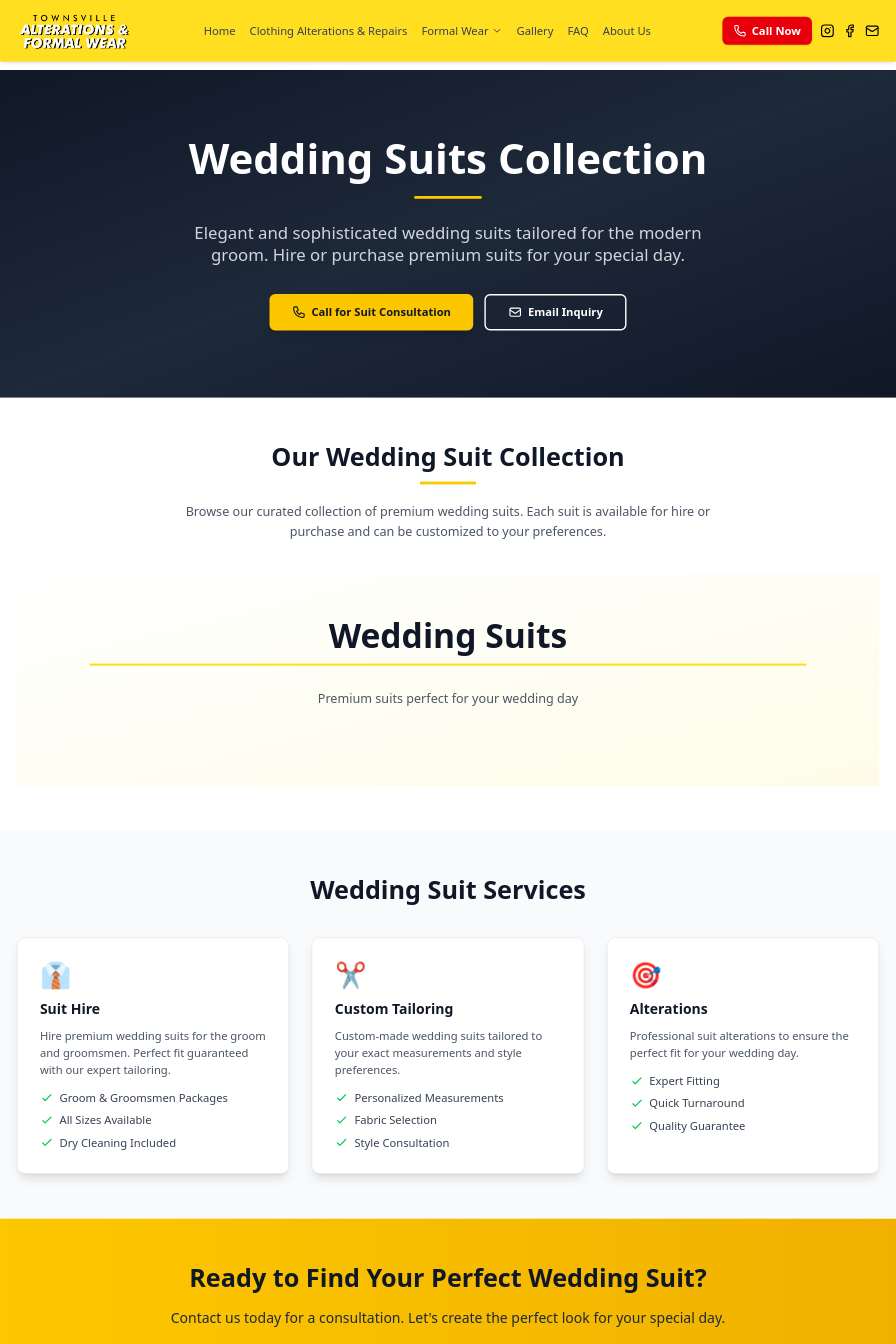
Repository: tarekhasan1/townsville-alteration
Page: /wedding-suits
An editor plug-in stored every save of this project. The page is shown before and after the next save, followed by the edit.
The browser window is 1280 px wide. The pictures show the part of the page from y = 0 to 1920 px (the page is 2603 px tall before and 2583 px after), at 70% of full size.
The page's requests for data from a server got no answer. The project was rebuilt for these pictures with package versions that can differ from the ones it lists, and the page was loaded fresh each time. The framework's server and built-in components were replaced by stand-ins that run in the browser. No one was signed in, and anything a server would have sent is missing. Also part of the build but not shown: next.config.ts.

Above is the page before, as saved 2026-01-21 06:02:44.

### src/app/layout.tsx
// app/layout.tsx
import type { Metadata } from "next";
import { Geist, Geist_Mono } from "next/font/google";
import "./globals.css";
import Navbar from "@/components/Navbar";
import ContactSection from "@/components/ContactSection";
import DevelopedBy from "@/components/DevelopedBy";
import { headers } from "next/headers";
import LayoutShell from "@/components/LayoutShell";

const geistSans = Geist({
  variable: "--font-geist-sans",
  subsets: ["latin"],
});

const geistMono = Geist_Mono({
  variable: "--font-geist-mono",
  subsets: ["latin"],
});

export const metadata: Metadata = {
  title: "Townsville Alterations and Formal Wear | Tailoring, Suit Hire, Alterations",
  description: "Townsville Alterations and Formal Wear - Reinvent Your Wardrobe. Hire or tailor-make outfits that turn heads. Expert suit hire, bridal alterations, and tailoring in Townsville.",
  keywords: "Townsville Tailoring, Formal Wear Townsville, Suit Hire, Alterations, Wedding Dress Alterations, Custom Tailoring",
  authors: [{ name: "Townsville Alterations & Formal Wear" }],
  creator: "Townsville Alterations & Formal Wear",
  publisher: "Townsville Alterations & Formal Wear",
  robots: "index, follow",
  icons: "/logo.png",
};

export default function RootLayout({ children }: { children: React.ReactNode }) {
  return (
    <html lang="en">
      <body>
        <LayoutShell>{children}</LayoutShell>
      </body>
    </html>
  );
}

### src/app/wedding-suits/page.tsx
// app/wedding-suits/page.tsx
import { Metadata } from 'next';
import ImageGallery from '@/components/ImageGallery';

export const metadata: Metadata = {
  title: 'Wedding Suits Collection | Townsville Alterations & Formal Wear',
  description: 'Browse our premium wedding suit collection for hire and purchase in Townsville. Perfectly tailored suits for grooms, groomsmen, and wedding parties.',
  keywords: ['wedding suits', 'groom suits', 'groomsmen suits', 'wedding attire', 'formal suits Townsville', 'wedding suit hire', 'custom wedding suits'],
  openGraph: {
    title: 'Wedding Suits Collection | Townsville Alterations & Formal Wear',
    description: 'Premium wedding suits for hire and purchase. Perfectly tailored for your special day.',
    type: 'website',
    locale: 'en_AU',
  },
  alternates: {
    canonical: 'https://townsvillealterationsformalwear.com/wedding-suits',
  },
  robots: {
    index: true,
    follow: true,
    googleBot: {
      index: true,
      follow: true,
      'max-video-preview': -1,
      'max-image-preview': 'large',
      'max-snippet': -1,
    },
  },
};

export default function WeddingSuitsPage() {
  return (
    <main className='pt-[100px]'>
      {/* Hero Section */}
      <section className="relative bg-gradient-to-br from-gray-900 via-gray-800 to-gray-900 text-white py-16 md:py-24 px-6">
        <div className="max-w-7xl mx-auto text-center">
          <h1 className="text-4xl md:text-5xl lg:text-6xl font-bold mb-6">
            Wedding Suits Collection
          </h1>
          <div className="w-24 h-1 bg-yellow-400 mx-auto mb-8"></div>
          <p className="text-xl md:text-2xl text-gray-300 max-w-3xl mx-auto mb-10">
            Elegant and sophisticated wedding suits tailored for the modern groom.
            Hire or purchase premium suits for your special day.
          </p>
          <div className="flex flex-col sm:flex-row gap-4 justify-center">
            <a
              href="tel:0421929683"
              className="inline-flex items-center justify-center bg-yellow-400 text-gray-900 hover:bg-yellow-500 font-bold py-3 px-8 rounded-lg transition-all duration-300 shadow-lg hover:shadow-xl transform hover:-translate-y-1"
            >
              <svg className="w-5 h-5 mr-2" fill="none" stroke="currentColor" viewBox="0 0 24 24">
                <path strokeLinecap="round" strokeLinejoin="round" strokeWidth="2" d="M3 5a2 2 0 012-2h3.28a1 1 0 01.948.684l1.498 4.493a1 1 0 01-.502 1.21l-2.257 1.13a11.042 11.042 0 005.516 5.516l1.13-2.257a1 1 0 011.21-.502l4.493 1.498a1 1 0 01.684.949V19a2 2 0 01-2 2h-1C9.716 21 3 14.284 3 6V5z" />
              </svg>
              Call for Suit Consultation
            </a>
            <a
              href="mailto:tranglecong2014@gmail.com?subject=Wedding Suit Inquiry"
              className="inline-flex items-center justify-center bg-transparent border-2 border-white text-white hover:bg-white hover:text-gray-900 font-bold py-3 px-8 rounded-lg transition-all duration-300"
            >
              <svg className="w-5 h-5 mr-2" fill="none" stroke="currentColor" viewBox="0 0 24 24">
                <path strokeLinecap="round" strokeLinejoin="round" strokeWidth="2" d="M3 8l7.89 5.26a2 2 0 002.22 0L21 8M5 19h14a2 2 0 002-2V7a2 2 0 00-2-2H5a2 2 0 00-2 2v10a2 2 0 002 2z" />
              </svg>
              Email Inquiry
            </a>
          </div>
        </div>
      </section>

      {/* Gallery Section */}
      <section className="py-16 px-6">
        <div className="max-w-7xl mx-auto">
          <div className="text-center mb-12">
            <h2 className="text-3xl md:text-4xl font-bold text-gray-900 mb-4">
              Our Wedding Suit Collection
            </h2>
            <div className="w-20 h-1 bg-yellow-400 mx-auto mb-6"></div>
            <p className="text-lg text-gray-600 max-w-3xl mx-auto">
              Browse our curated collection of premium wedding suits. Each suit is available for hire
              or purchase and can be customized to your preferences.
            </p>
          </div>

          <ImageGallery
            collection="suits"
            title="Wedding Suits"
            description="Premium suits perfect for your wedding day"
            itemsPerPage={9}
            showContactButton={true}
            contactEmail="tranglecong2014@gmail.com"
            contactSubject="Wedding Suit Inquiry"
            buttonText="Inquire About This Suit"
            showCallButton={true}
            phoneNumber="0421929683"
            callButtonText="Call About This Suit"
          />
        </div>
      </section>

      {/* Services Section */}
      <section className="bg-gray-50 py-16 px-6">
        <div className="max-w-7xl mx-auto">
          <h2 className="text-3xl md:text-4xl font-bold text-center text-gray-900 mb-12">
            Wedding Suit Services
          </h2>

          <div className="grid grid-cols-1 md:grid-cols-3 gap-8">
            <div className="bg-white p-8 rounded-xl shadow-lg border border-gray-200">
              <div className="text-yellow-500 text-4xl mb-4">👔</div>
              <h3 className="text-xl font-bold text-gray-900 mb-3">Suit Hire</h3>
              <p className="text-gray-600">
                Hire premium wedding suits for the groom and groomsmen. Perfect fit guaranteed with our expert tailoring.
              </p>
              <ul className="mt-4 space-y-2">
                <li className="flex items-center text-gray-700">
                  <svg className="w-5 h-5 text-green-500 mr-2" fill="none" stroke="currentColor" viewBox="0 0 24 24">
                    <path strokeLinecap="round" strokeLinejoin="round" strokeWidth="2" d="M5 13l4 4L19 7" />
                  </svg>
                  Groom & Groomsmen Packages
                </li>
                <li className="flex items-center text-gray-700">
                  <svg className="w-5 h-5 text-green-500 mr-2" fill="none" stroke="currentColor" viewBox="0 0 24 24">
                    <path strokeLinecap="round" strokeLinejoin="round" strokeWidth="2" d="M5 13l4 4L19 7" />
                  </svg>
                  All Sizes Available
                </li>
                <li className="flex items-center text-gray-700">
                  <svg className="w-5 h-5 text-green-500 mr-2" fill="none" stroke="currentColor" viewBox="0 0 24 24">
                    <path strokeLinecap="round" strokeLinejoin="round" strokeWidth="2" d="M5 13l4 4L19 7" />
                  </svg>
                  Dry Cleaning Included
                </li>
              </ul>
            </div>

            <div className="bg-white p-8 rounded-xl shadow-lg border border-gray-200">
              <div className="text-yellow-500 text-4xl mb-4">✂️</div>
              <h3 className="text-xl font-bold text-gray-900 mb-3">Custom Tailoring</h3>
              <p className="text-gray-600">
                Custom-made wedding suits tailored to your exact measurements and style preferences.
              </p>
              <ul className="mt-4 space-y-2">
                <li className="flex items-center text-gray-700">
                  <svg className="w-5 h-5 text-green-500 mr-2" fill="none" stroke="currentColor" viewBox="0 0 24 24">
                    <path strokeLinecap="round" strokeLinejoin="round" strokeWidth="2" d="M5 13l4 4L19 7" />
                  </svg>
                  Personalized Measurements
                </li>
                <li className="flex items-center text-gray-700">
                  <svg className="w-5 h-5 text-green-500 mr-2" fill="none" stroke="currentColor" viewBox="0 0 24 24">
                    <path strokeLinecap="round" strokeLinejoin="round" strokeWidth="2" d="M5 13l4 4L19 7" />
                  </svg>
                  Fabric Selection
                </li>
                <li className="flex items-center text-gray-700">
                  <svg className="w-5 h-5 text-green-500 mr-2" fill="none" stroke="currentColor" viewBox="0 0 24 24">
                    <path strokeLinecap="round" strokeLinejoin="round" strokeWidth="2" d="M5 13l4 4L19 7" />
                  </svg>
                  Style Consultation
                </li>
              </ul>
            </div>

            <div className="bg-white p-8 rounded-xl shadow-lg border border-gray-200">
              <div className="text-yellow-500 text-4xl mb-4">🎯</div>
              <h3 className="text-xl font-bold text-gray-900 mb-3">Alterations</h3>
              <p className="text-gray-600">
                Professional suit alterations to ensure the perfect fit for your wedding day.
              </p>
              <ul className="mt-4 space-y-2">
                <li className="flex items-center text-gray-700">
                  <svg className="w-5 h-5 text-green-500 mr-2" fill="none" stroke="currentColor" viewBox="0 0 24 24">
                    <path strokeLinecap="round" strokeLinejoin="round" strokeWidth="2" d="M5 13l4 4L19 7" />
                  </svg>
                  Expert Fitting
                </li>
                <li className="flex items-center text-gray-700">
                  <svg className="w-5 h-5 text-green-500 mr-2" fill="none" stroke="currentColor" viewBox="0 0 24 24">
                    <path strokeLinecap="round" strokeLinejoin="round" strokeWidth="2" d="M5 13l4 4L19 7" />
                  </svg>
                  Quick Turnaround
                </li>
                <li className="flex items-center text-gray-700">
                  <svg className="w-5 h-5 text-green-500 mr-2" fill="none" stroke="currentColor" viewBox="0 0 24 24">
                    <path strokeLinecap="round" strokeLinejoin="round" strokeWidth="2" d="M5 13l4 4L19 7" />
                  </svg>
                  Quality Guarantee
                </li>
              </ul>
            </div>
          </div>
        </div>
      </section>

      {/* CTA Section */}
      <section className="bg-gradient-to-r from-yellow-400 to-yellow-500 py-16 px-6">
        <div className="max-w-4xl mx-auto text-center">
          <h2 className="text-3xl md:text-4xl font-bold text-gray-900 mb-6">
            Ready to Find Your Perfect Wedding Suit?
          </h2>
          <p className="text-lg md:text-xl text-gray-800 mb-8">
            Contact us today for a consultation. Let&apos;s create the perfect look for your special day.
          </p>
          <div className="flex flex-col sm:flex-row gap-4 justify-center">
            <a
              href="tel:0421929683"
              className="inline-flex items-center justify-center bg-gray-900 text-white hover:bg-gray-800 font-bold py-3 px-8 rounded-lg transition-all duration-300 shadow-lg hover:shadow-xl"
            >
              <svg className="w-5 h-5 mr-2" fill="none" stroke="currentColor" viewBox="0 0 24 24">
                <path strokeLinecap="round" strokeLinejoin="round" strokeWidth="2" d="M3 5a2 2 0 012-2h3.28a1 1 0 01.948.684l1.498 4.493a1 1 0 01-.502 1.21l-2.257 1.13a11.042 11.042 0 005.516 5.516l1.13-2.257a1 1 0 011.21-.502l4.493 1.498a1 1 0 01.684.949V19a2 2 0 01-2 2h-1C9.716 21 3 14.284 3 6V5z" />
              </svg>
              Call 0421 929 683
            </a>
            <a
              href="/contact"
              className="inline-flex items-center justify-center bg-white text-gray-900 hover:bg-gray-100 font-bold py-3 px-8 rounded-lg transition-all duration-300 shadow-lg hover:shadow-xl border border-gray-300"
            >
              Book a Consultation
            </a>
          </div>
        </div>
      </section>
    </main>
  );
}

### src/app/globals.css
@import "tailwindcss";

:root {
  --background: #ffffff;
  --foreground: #171717;
}

### src/components/LayoutShell.tsx
// components/LayoutShell.tsx
'use client';

import { usePathname } from 'next/navigation';
import Navbar from '@/components/Navbar';
import ContactSection from '@/components/ContactSection';
import DevelopedBy from '@/components/DevelopedBy';

export default function LayoutShell({ children }: { children: React.ReactNode }) {
  const pathname = usePathname();
  const isAdminRoute = pathname.startsWith('/admin');

  return (
    <>
      {!isAdminRoute && <Navbar />}
      {children}
      {!isAdminRoute && (
        <>
          <ContactSection />
          <DevelopedBy />
        </>
      )}
    </>
  );
}

### src/components/ContactSection.tsx
'use client';

import Image from 'next/image';
import { Facebook, Instagram } from 'lucide-react';

export default function ContactSection() {
  return (
    <footer
      id="contact"
      aria-labelledby="contact-us"
      className="bg-[#f2f2e5] p-8 md:p-12 lg:p-16"
    >
      <div className="mx-auto grid grid-cols-1 md:grid-cols-2 gap-8 items-center">
        <div className="w-full h-auto relative">
          <Image
            src="/tailored-suit.jpg"
            alt="Tailored suits on hangers"
            width={600}
            height={400}
            className="rounded-lg"
            priority
          />
        </div>
        <div className="space-y-6 text-center md:text-left">
          <h2
            id="contact-us"
            className="text-4xl md:text-5xl font-bold text-gray-900 mb-4"
          >
            We&apos;d love to work with you. Call us now.
          </h2>
          <hr className="border-yellow-300 border-[2px]" />
          <div className="space-y-4 text-gray-700">
            <div>
              <h3 className="font-semibold">ADDRESS</h3>
              <p>611 Flinders Street, Townsville</p>
            </div>
            <div>
              <h3 className="font-semibold">PHONE</h3>
              <p>04 219 29683</p>
            </div>
            <div>
              <h3 className="font-semibold">EMAIL</h3>
              <p>
                <a
                  href="mailto:tranglecong2014@gmail.com"
                  className="hover:text-gray-600"
                  aria-label="Email us at sales@tsvalterationsandformalwear.com"
                >
                  tranglecong2014@gmail.com
                </a>
              </p>
            </div>
            <div>
              <h3 className="font-semibold">SOCIAL</h3>
              <div className="flex justify-center md:justify-start space-x-4 text-xl">
                <a
                  target="_blank"
                  href="https://www.facebook.com/DressmakingAlterationsTownsville"
                  aria-label="Facebook - Townsville Alterations and Formal Wear"
                  className="text-gray-800 hover:text-gray-600"
                >
                  <Facebook size={24} />
                </a>
                <a
                  target="_blank"
                  href="https://www.instagram.com/tsvalterationformal?igsh=bXJkaXp3eXN4Yml2"
                  aria-label="Instagram - Townsville Alterations and Formal Wear"
                  className="text-gray-800 hover:text-gray-600"
                >
                  <Instagram size={24} />
                </a>
              </div>
            </div>
          </div>
        </div>
      </div>
    </footer>
  );
}

### src/components/DevelopedBy.tsx
// components/DevelopedBy.js

import React from 'react';

const DevelopedBy = () => {
  return (
    <footer className="bg-gray-900 text-white text-center py-4">
      <p className="text-sm">
        Developed by{' '}
        <a
          href="https://digitalcowboy.com.au"
          className="text-yellow-400 hover:underline"
          target="_blank"
          rel="noopener noreferrer"
        >
          DigitalCowboy
        </a>
      </p>
    </footer>
  );
};

export default DevelopedBy;

### actions/client.action.ts
// lib/client.actions.ts
'use client';

import { collection, getDocs } from "firebase/firestore";
import { db } from "@/firebase/config";

export type CollectionType = 'gallery' | 'featured' | 'suits' | 'wedding-gowns';

export interface ImageData {
  id: string;
  url: string;
  fileName?: string;
  fileSize?: number;
  uploadedAt?: Date;
}

// Fetch images from a specific collection
export const fetchCollectionImages = async (collectionName: CollectionType): Promise<ImageData[]> => {
  try {
    const snapshot = await getDocs(collection(db, collectionName));
    const images = snapshot.docs.map((doc) => ({
      id: doc.id,
      url: doc.data().url as string,
      fileName: doc.data().fileName as string,
      fileSize: doc.data().fileSize as number,
      uploadedAt: doc.data().uploadedAt?.toDate() as Date,
    }));
    return images;
  } catch (error) {
    console.error(`Error fetching ${collectionName} images:`, error);
    throw new Error(`Failed to fetch ${collectionName} images`);
  }
};

// Fetch all images from all collections
export const fetchAllImages = async (): Promise<{
  gallery: ImageData[];
  featured: ImageData[];
  suits: ImageData[];
  weddingGowns: ImageData[];
}> => {
  try {
    const [gallery, featured, suits, weddingGowns] = await Promise.all([
      fetchCollectionImages('gallery'),
      fetchCollectionImages('featured'),
      fetchCollectionImages('suits'),
      fetchCollectionImages('wedding-gowns'),
    ]);

    return { gallery, featured, suits, weddingGowns };
  } catch (error) {
    console.error('Error fetching all images:', error);
    throw new Error('Failed to fetch images');
  }
};

// Fetch images with pagination
export const fetchPaginatedImages = async (
  collectionName: CollectionType,
  page: number,
  itemsPerPage: number
): Promise<{
  images: ImageData[];
  total: number;
  totalPages: number;
}> => {
  try {
    const allImages = await fetchCollectionImages(collectionName);
    const startIndex = page * itemsPerPage;
    const endIndex = startIndex + itemsPerPage;
    const paginatedImages = allImages.slice(startIndex, endIndex);
    const totalPages = Math.ceil(allImages.length / itemsPerPage);

    return {
      images: paginatedImages,
      total: allImages.length,
      totalPages,
    };
  } catch (error) {
    console.error(`Error fetching paginated ${collectionName} images:`, error);
    throw new Error(`Failed to fetch paginated ${collectionName} images`);
  }
};

### src/firebase/config.ts
// Import the functions you need from the SDKs you need
import { initializeApp } from "firebase/app";
import { getFirestore } from 'firebase/firestore';
import { getStorage } from 'firebase/storage';
// TODO: Add SDKs for Firebase products that you want to use
// https://firebase.google.com/docs/web/setup#available-libraries

// Your web app's Firebase configuration
const firebaseConfig = {
  apiKey: process.env.NEXT_PUBLIC_FIREBASE_API_KEY,
  authDomain: process.env.NEXT_PUBLIC_FIREBASE_AUTH_DOMAIN,
  projectId: process.env.NEXT_PUBLIC_FIREBASE_PROJECT_ID,
  storageBucket: process.env.NEXT_PUBLIC_FIREBASE_STORAGE_BUCKET,
  messagingSenderId: process.env.NEXT_PUBLIC_FIREBASE_MESSAGING_SENDER_ID,
  appId: process.env.NEXT_PUBLIC_FIREBASE_APP_ID
};

// Initialize Firebase
const app = initializeApp(firebaseConfig);
export const db = getFirestore(app);
export const storage = getStorage(app);

Loaded but not shown: src/components/Navbar.tsx (200 lines, source omitted); src/components/ImageGallery.tsx (227 lines, source omitted)

After the next save:
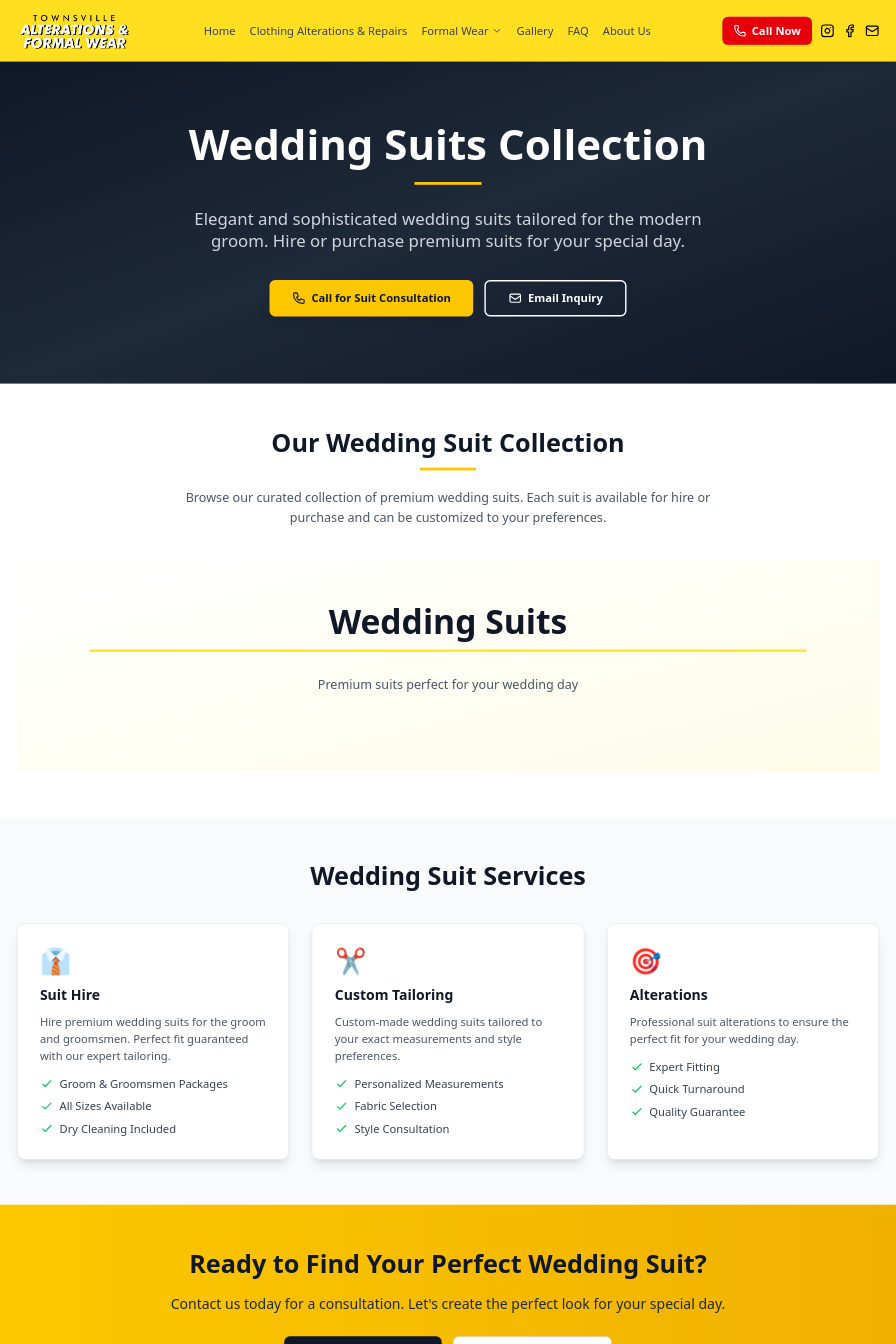
Saved 9 s later.
--- a/src/app/wedding-suits/page.tsx
+++ b/src/app/wedding-suits/page.tsx
@@ -30,7 +30,7 @@ export const metadata: Metadata = {
 
 export default function WeddingSuitsPage() {
   return (
-    <main className='pt-[100px]'>
+    <main className='pt-[80px]'>
       {/* Hero Section */}
       <section className="relative bg-gradient-to-br from-gray-900 via-gray-800 to-gray-900 text-white py-16 md:py-24 px-6">
         <div className="max-w-7xl mx-auto text-center">
